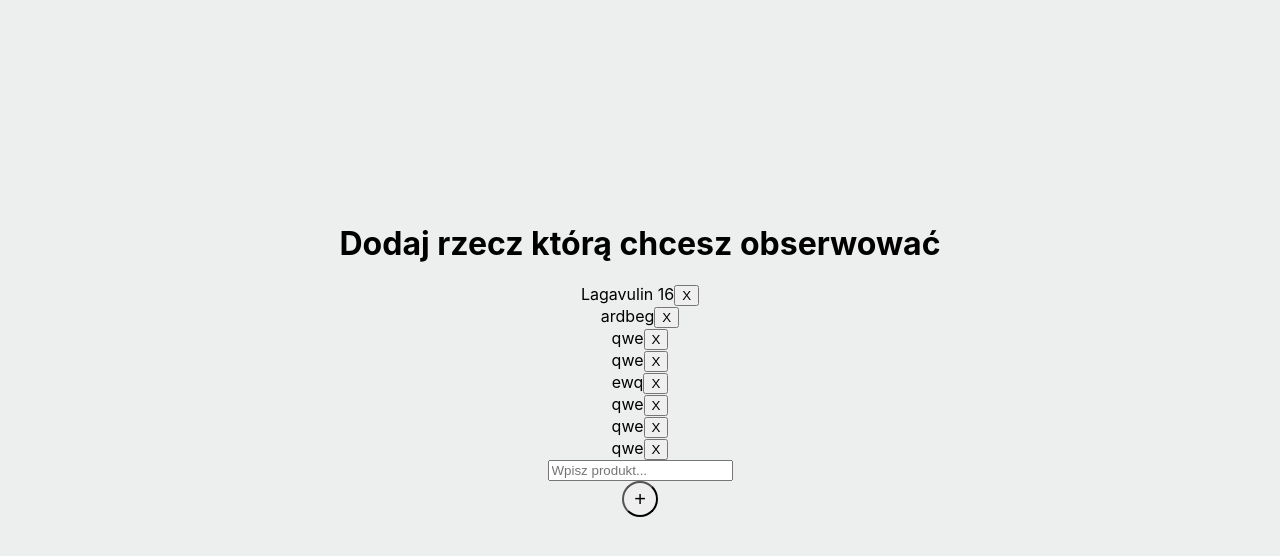
Repository: matedoo/crawler
Page: /MainApp
An editor plug-in stored every save of this project. The page is shown before and after the next save, followed by the edit.
The browser window is 1280 px wide. The pictures show the whole page.
The project was rebuilt for these pictures with package versions that can differ from the ones it lists, and the page was loaded fresh each time. Requests to the local data server were answered from the project's data file. Also part of the build but not shown: src/Components/button.js, src/Components/LoginComponents/LoginApp.js, src/Components/LoginComponents/RegisterApp.js, src/Components/btnContainer.js, src/Components/heading.js, src/Components/LoginComponents/StartApp.js.

Above is the page before, as saved 2020-05-01 18:09:59.

After the next save:
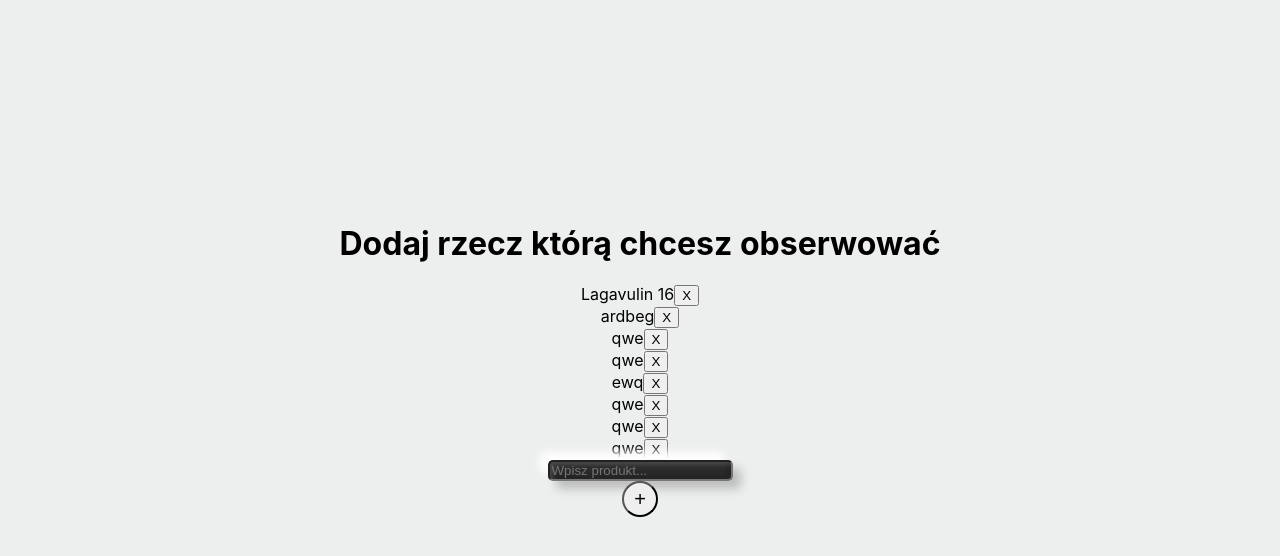
Saved 3 min 6 s later.
--- a/src/Components/MainApp/MainApp.js
+++ b/src/Components/MainApp/MainApp.js
@@ -102,7 +102,7 @@ function MainApp(props) {
             handleCloseClick={handleElementRemove}
           />
         ))}
-        <input
+        <AddInput
           name='listelemt'
           placeholder='Wpisz produkt...'
           value={inputValue}
@@ -141,6 +141,11 @@ const LoadSpinner = styled.div`
 	border-radius: 50%;
 	animation: ${loadingspin} 1s linear infinite;
 `
+const AddInput = styled.input`
+  border-radius: 5px;
+  box-shadow: -8px -8px 10px 0 #ffffff, 8px 8px 10px 0 rgba(80, 78, 78, 0.3), inset 3px 3px 4px 0 rgba(255, 255, 255, 0.15), inset -4px -4px 4px 0 rgba(17, 16, 16, 0.25);
+  background-color: #2b2b2c;
+`
 const AddButton = styled.button`
   width: 36px;
   height: 36px;
